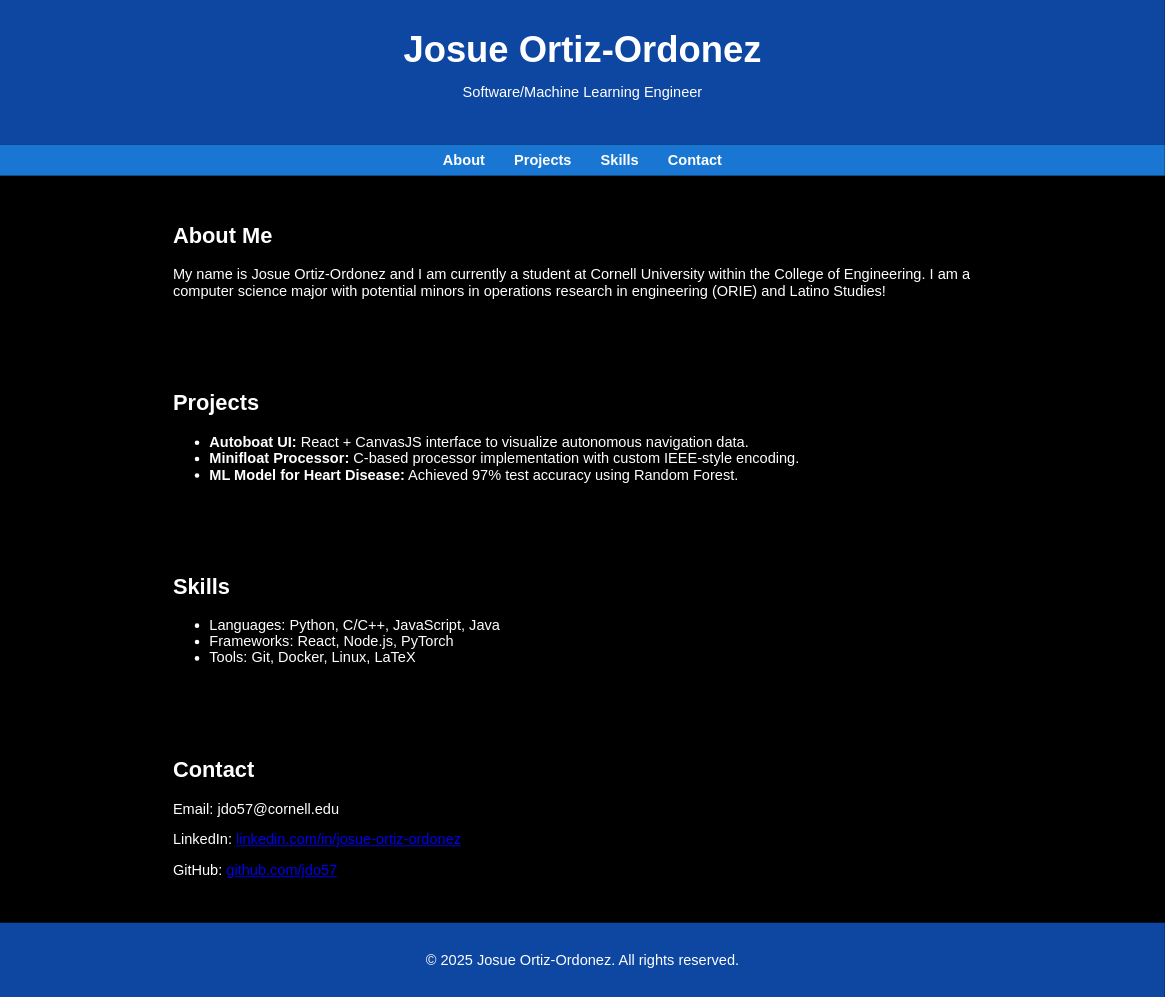
Repository: jdo57/Website
Page: index.html
These files come from the project's save history. The page is drawn as it stood at one moment and after the next save; the edit follows.
The browser window is 1280 px wide. The pictures show the whole page, at 91% of full size.

Above is the page before, as saved 2025-05-26 01:19:06.

### index.html
<!DOCTYPE html>
<html lang="en">
<head>
  <meta charset="UTF-8" />
  <meta name="viewport" content="width=device-width, initial-scale=1.0" />
  <title>Josue Ortiz-Ordonez | Portfolio</title>
  <style>
    :root {
      --primary-color: #0d47a1;
      --background-color: #000000;
      --text-color: #ffffff;
      --accent-color: #1976d2;
    }

    body {
      margin: 0;
      font-family: Arial, sans-serif;
      background-color: var(--background-color);
      color: var(--text-color);
    }

    header {
      background-color: var(--primary-color);
      padding: 2rem;
      text-align: center;
    }

    header h1 {
      margin: 0;
      font-size: 2.5rem;
    }

    nav {
      display: flex;
      justify-content: center;
      background-color: var(--accent-color);
      padding: 0.5rem;
    }

    nav a {
      margin: 0 1rem;
      color: white;
      text-decoration: none;
      font-weight: bold;
    }

    nav a:hover {
      text-decoration: underline;
    }

    section {
      padding: 2rem;
      max-width: 900px;
      margin: auto;
    }

    footer {
      background-color: var(--primary-color);
      color: white;
      text-align: center;
      padding: 1rem;
      position: relative;
    }

  </style>
</head>
<body>
  <header>
    <h1>Josue Ortiz-Ordonez</h1>
    <p>Software/Machine Learning Engineer</p>
  </header>

  <nav>
    <a href="#about">About</a>
    <a href="#projects">Projects</a>
    <a href="#skills">Skills</a>
    <a href="#contact">Contact</a>
  </nav>

  <section id="about">
    <h2>About Me</h2>
    <p>
      My name is Josue Ortiz-Ordonez and I am currently a student at Cornell University within
      the College of Engineering. I am a computer science major with potential minors in operations
      research in engineering (ORIE) and Latino Studies!
    </p>
  </section>

  <section id="projects">
    <h2>Projects</h2>
    <ul>
      <li><strong>Autoboat UI:</strong> React + CanvasJS interface to visualize autonomous navigation data.</li>
      <li><strong>Minifloat Processor:</strong> C-based processor implementation with custom IEEE-style encoding.</li>
      <li><strong>ML Model for Heart Disease:</strong> Achieved 97% test accuracy using Random Forest.</li>
    </ul>
  </section>

  <section id="skills">
    <h2>Skills</h2>
    <ul>
      <li>Languages: Python, C/C++, JavaScript, Java</li>
      <li>Frameworks: React, Node.js, PyTorch</li>
      <li>Tools: Git, Docker, Linux, LaTeX</li>
    </ul>
  </section>

  <section id="contact">
    <h2>Contact</h2>
    <p>Email: jdo57@cornell.edu</p>
    <p>LinkedIn: <a href="https://www.linkedin.com/in/josue-ortiz-ordonez/" target="_blank">linkedin.com/in/josue-ortiz-ordonez</a></p>
    <p>GitHub: <a href="https://github.com/jdo57" target="_blank">github.com/jdo57</a></p>
  </section>

  <footer>
    <p>&copy; 2025 Josue Ortiz-Ordonez. All rights reserved.</p>
  </footer>
</body>
</html>

After the next save:
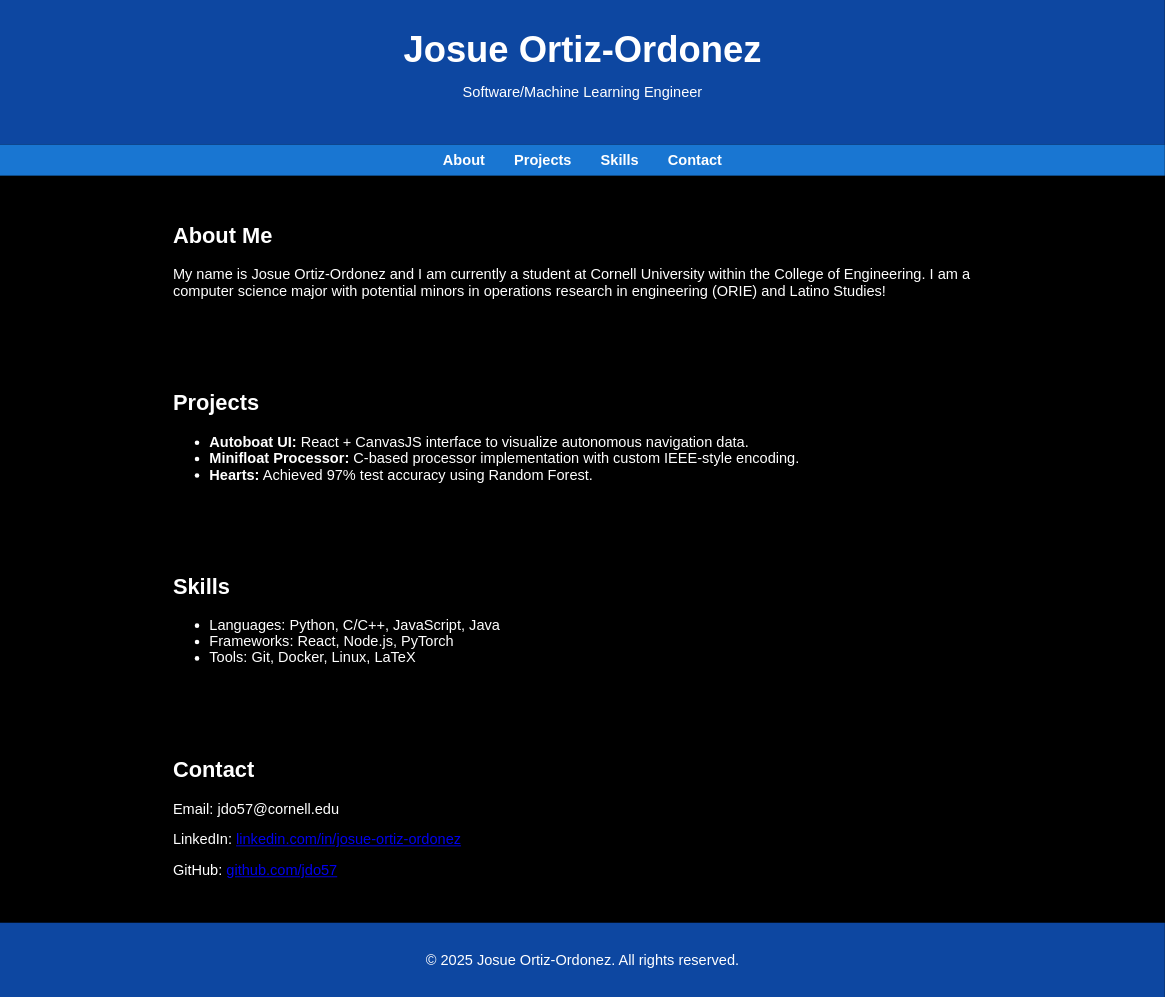
Saved 14 s later.
--- a/index.html
+++ b/index.html
@@ -91,7 +91,7 @@
     <ul>
       <li><strong>Autoboat UI:</strong> React + CanvasJS interface to visualize autonomous navigation data.</li>
       <li><strong>Minifloat Processor:</strong> C-based processor implementation with custom IEEE-style encoding.</li>
-      <li><strong>ML Model for Heart Disease:</strong> Achieved 97% test accuracy using Random Forest.</li>
+      <li><strong>Hearts:</strong> Achieved 97% test accuracy using Random Forest.</li>
     </ul>
   </section>
 
